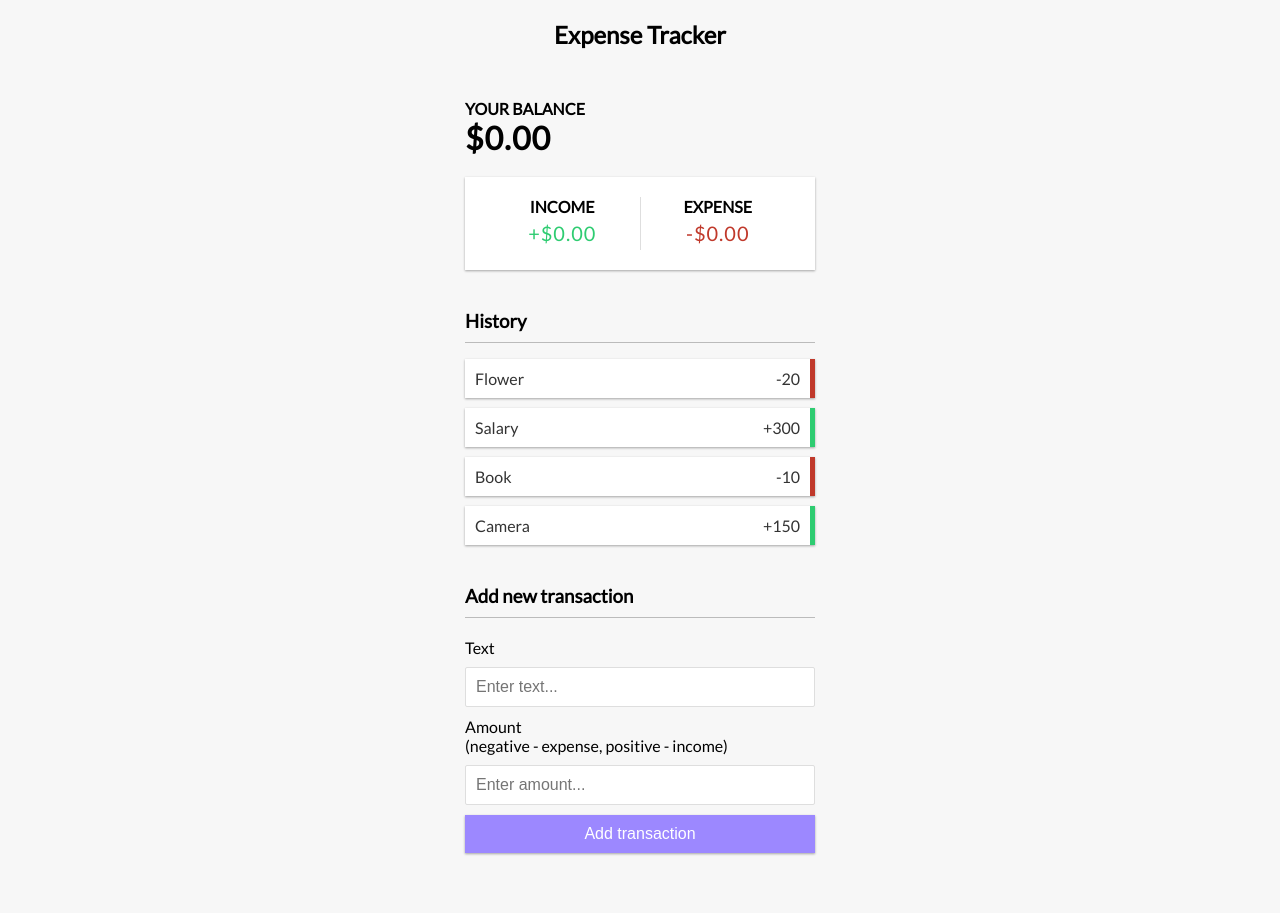
Repository: atko87/Expense-Tracker
Page: index.html
An editor plug-in stored every save of this project. The page is shown before and after the next save, followed by the edit.
The browser window is 1280 px wide. The pictures show the whole page.

Above is the page before, as saved 2020-04-22 17:26:30.

### index.html
<!DOCTYPE html>
<html lang="en">
  <head>
    <meta charset="UTF-8" />
    <meta name="viewport" content="width=device-width, initial-scale=1.0" />
    <meta http-equiv="X-UA-Compatible" content="ie=edge" />
    <link rel="stylesheet" href="style.css" />
    <title>Expense Tracker</title>
  </head>
  <body>
    <h2>Expense Tracker</h2>

    <div class="container">
      <h4>Your Balance</h4>
      <h1 id="balance">$0.00</h1>

      <div class="inc-exp-container">
        <div>
          <h4>Income</h4>
          <p id="money-plus" class="money plus">+$0.00</p>
        </div>
        <div>
          <h4>Expense</h4>
          <p id="money-minus" class="money minus">-$0.00</p>
        </div>
      </div>

      <h3>History</h3>
      <ul id="list" class="list">
        <!-- <li class="minus">
          Cash <span>-$400</span><button class="delete-btn">x</button>
        </li> -->
      </ul>

      <h3>Add new transaction</h3>
      <form id="form">
        <div class="form-control">
          <label for="text">Text</label>
          <input type="text" id="text" placeholder="Enter text..." />
        </div>
        <div class="form-control">
          <label for="amount"
            >Amount <br />
            (negative - expense, positive - income)</label
          >
          <input type="number" id="amount" placeholder="Enter amount..." />
        </div>
        <button class="btn">Add transaction</button>
      </form>
    </div>

    <script src="app.js"></script>
  </body>
</html>

### style.css
@import url("https://fonts.googleapis.com/css?family=Lato&display=swap");

:root {
  --box-shadow: 0 1px 3px rgba(0, 0, 0, 0.12), 0 1px 2px rgba(0, 0, 0, 0.24);
}

* {
  box-sizing: border-box;
}

body {
  background-color: #f7f7f7;
  display: flex;
  flex-direction: column;
  align-items: center;
  justify-content: center;
  min-height: 100vh;
  margin: 0;
  font-family: "Lato", sans-serif;
}

.container {
  margin: 30px auto;
  width: 350px;
}

h1 {
  letter-spacing: 1px;
  margin: 0;
}

h3 {
  border-bottom: 1px solid #bbb;
  padding-bottom: 10px;
  margin: 40px 0 10px;
}

h4 {
  margin: 0;
  text-transform: uppercase;
}

.inc-exp-container {
  background-color: #fff;
  box-shadow: var(--box-shadow);
  padding: 20px;
  display: flex;
  justify-content: space-between;
  margin: 20px 0;
}

.inc-exp-container > div {
  flex: 1;
  text-align: center;
}

.inc-exp-container > div:first-of-type {
  border-right: 1px solid #dedede;
}

.money {
  font-size: 20px;
  letter-spacing: 1px;
  margin: 5px 0;
}

.money.plus {
  color: #2ecc71;
}

.money.minus {
  color: #c0392b;
}

label {
  display: inline-block;
  margin: 10px 0;
}

input[type="text"],
input[type="number"] {
  border: 1px solid #dedede;
  border-radius: 2px;
  display: block;
  font-size: 16px;
  padding: 10px;
  width: 100%;
}

.btn {
  cursor: pointer;
  background-color: #9c88ff;
  box-shadow: var(--box-shadow);
  color: #fff;
  border: 0;
  display: block;
  font-size: 16px;
  margin: 10px 0 30px;
  padding: 10px;
  width: 100%;
}

.btn:focus,
.delete-btn:focus {
  outline: 0;
}

.list {
  list-style-type: none;
  padding: 0;
  margin-bottom: 40px;
}

.list li {
  background-color: #fff;
  box-shadow: var(--box-shadow);
  color: #333;
  display: flex;
  justify-content: space-between;
  position: relative;
  padding: 10px;
  margin: 10px 0;
}

.list li.plus {
  border-right: 5px solid #2ecc71;
}

.list li.minus {
  border-right: 5px solid #c0392b;
}

.delete-btn {
  cursor: pointer;
  background-color: #e74c3c;
  border: 0;
  color: #fff;
  font-size: 20px;
  line-height: 20px;
  padding: 2px 5px;
  position: absolute;
  top: 50%;
  left: 0;
  transform: translate(-100%, -50%);
  opacity: 0;
  transition: opacity 0.3s ease;
}

.list li:hover .delete-btn {
  opacity: 1;
}

### app.js
const balance = document.getElementById("balance");
const money_plus = document.getElementById("money-plus");
const money_minus = document.getElementById("money-minus");
const list = document.getElementById("list");
const form = document.getElementById("form");
const text = document.getElementById("text");
const amount = document.getElementById("amount");

const dummyTransactions = [
  { id: 1, text: "Flower", amount: -20 },
  { id: 2, text: "Salary", amount: 300 },
  { id: 3, text: "Book", amount: -10 },
  { id: 4, text: "Camera", amount: 150 },
];

let transactions = dummyTransactions;

//Add transactions to DOM list
function addTransactionDOM(transactions) {
  //Get sing
  const sing = transactions.amount < 0 ? "-" : "+";

  const item = document.createElement("li");

  //Add clase based on value
  item.classList.add(transactions.amount < 0 ? "minus" : "plus");

  item.innerHTML = `

  ${transactions.text}<span>${sing}${Math.abs(transactions.amount)}
  </span><button class='delete-btn'>x</button>`;

  list.appendChild(item);
}

//Init app
function init() {
  list.innerHTML = "";

  transactions.forEach(addTransactionDOM);
}
init();

After the next save:
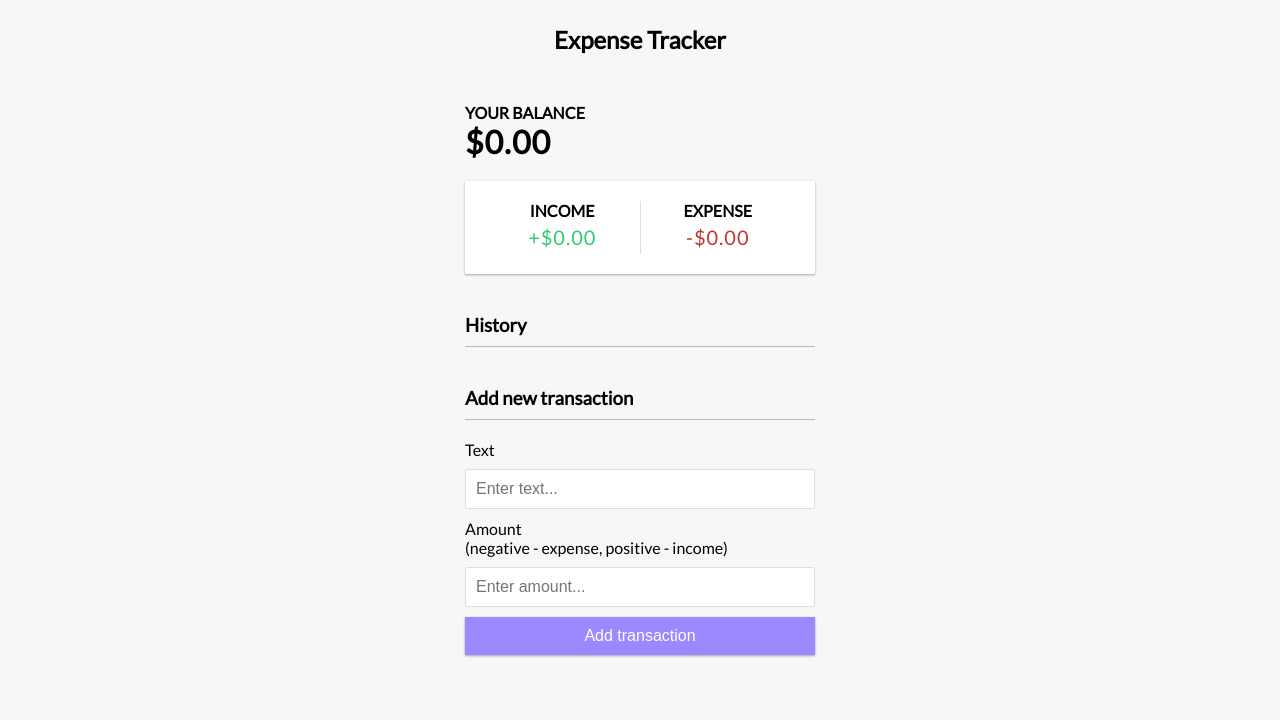
Console error: SyntaxError: Unexpected token ';'
Saved 3 min 1 s later.
--- a/app.js
+++ b/app.js
@@ -33,10 +33,16 @@
   list.appendChild(item);
 }
 
+//Update the balance, income and expense
+function updateValues(){
+    const amount=transactions.map(transaction=>transaction.amount)
+}
+
 //Init app
 function init() {
   list.innerHTML = "";
 
   transactions.forEach(addTransactionDOM);
+  updateValues(;)
 }
 init();

After the save that followed:
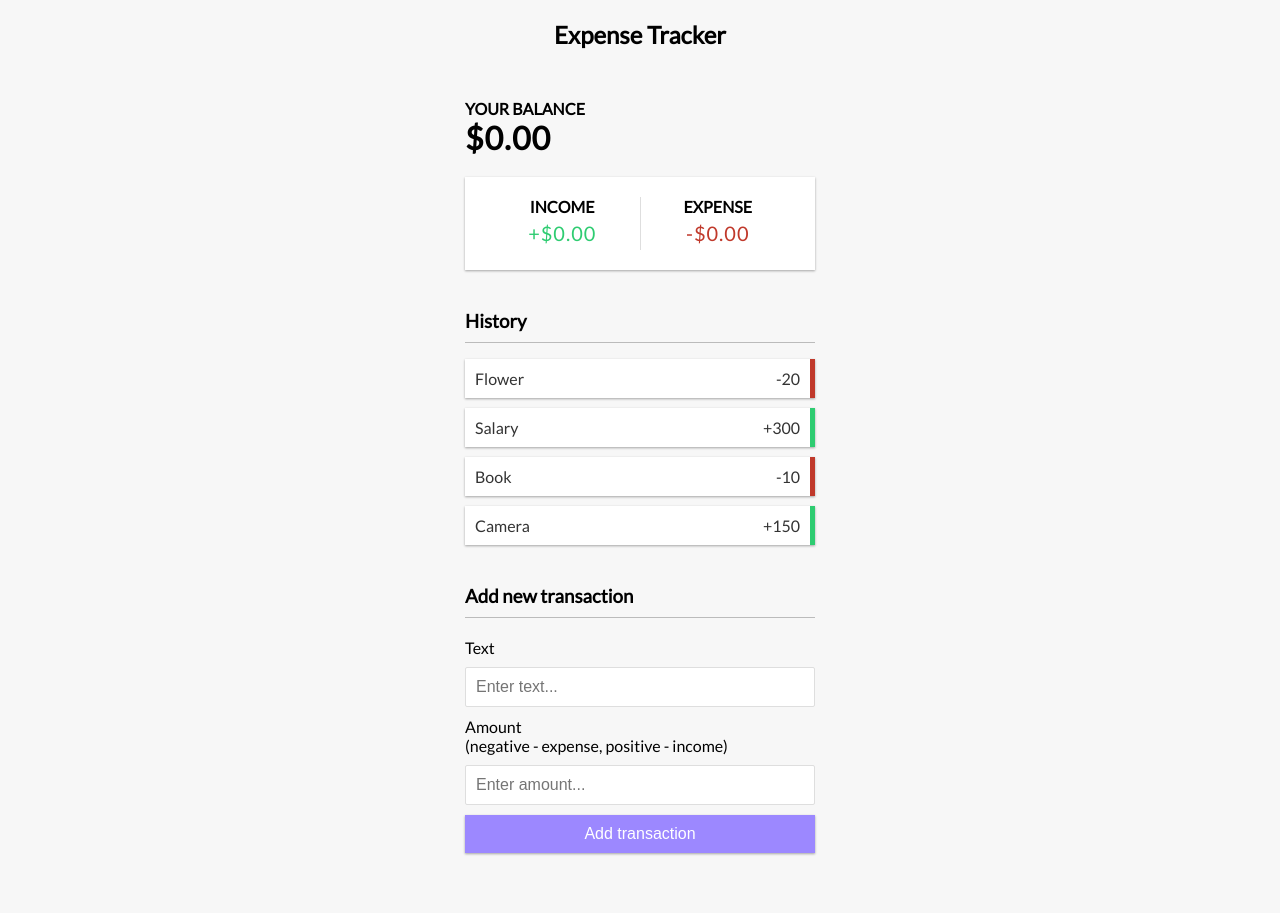
The error is gone.
Saved 16 s later.
--- a/app.js
+++ b/app.js
@@ -34,8 +34,8 @@
 }
 
 //Update the balance, income and expense
-function updateValues(){
-    const amount=transactions.map(transaction=>transaction.amount)
+function updateValues() {
+  const amount = transactions.map((transaction) => transaction.amount);
 }
 
 //Init app
@@ -43,6 +43,6 @@
   list.innerHTML = "";
 
   transactions.forEach(addTransactionDOM);
-  updateValues(;)
+  updateValues();
 }
 init();
